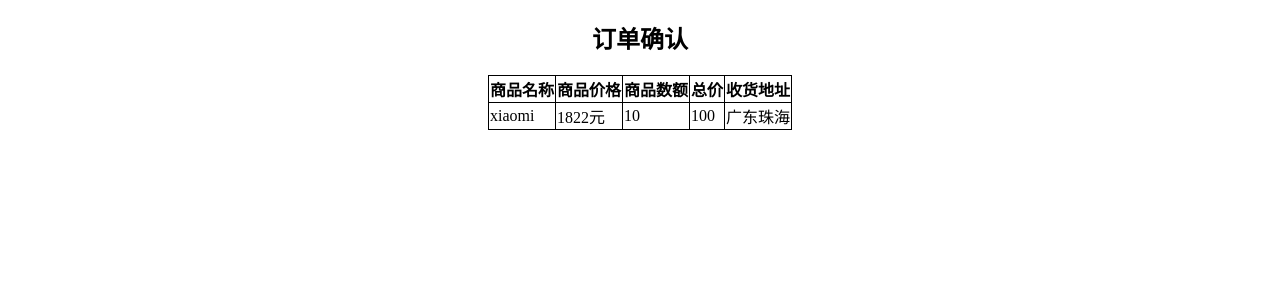
Repository: kairynx/js-
Page: 案例1渲染表格.html
The author's editor kept a copy of each file at every save. The page is drawn from the files as they stood at one save, then again after a run of saves.
The browser window is 1280 px wide. The pictures show the whole page.

Above is the page before, as saved 2026-03-08 21:12:29.

After the next 4 saves:
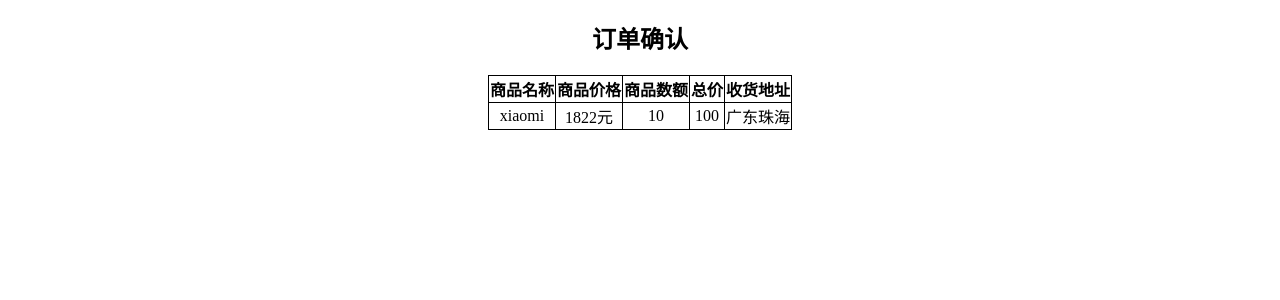
The 4 saves are shown as one change because they came seconds apart.
The last was saved 19 s later.
--- a/案例1渲染表格.html
+++ b/案例1渲染表格.html
@@ -16,7 +16,8 @@
     /* 合并相邻边框 */
     {border-collapse: collapse;
     height: 8px;
-    margin:0 auto;}
+    margin:0 auto;
+    text-align: center;}
     th{
         padding: 5px,20px;
     }
